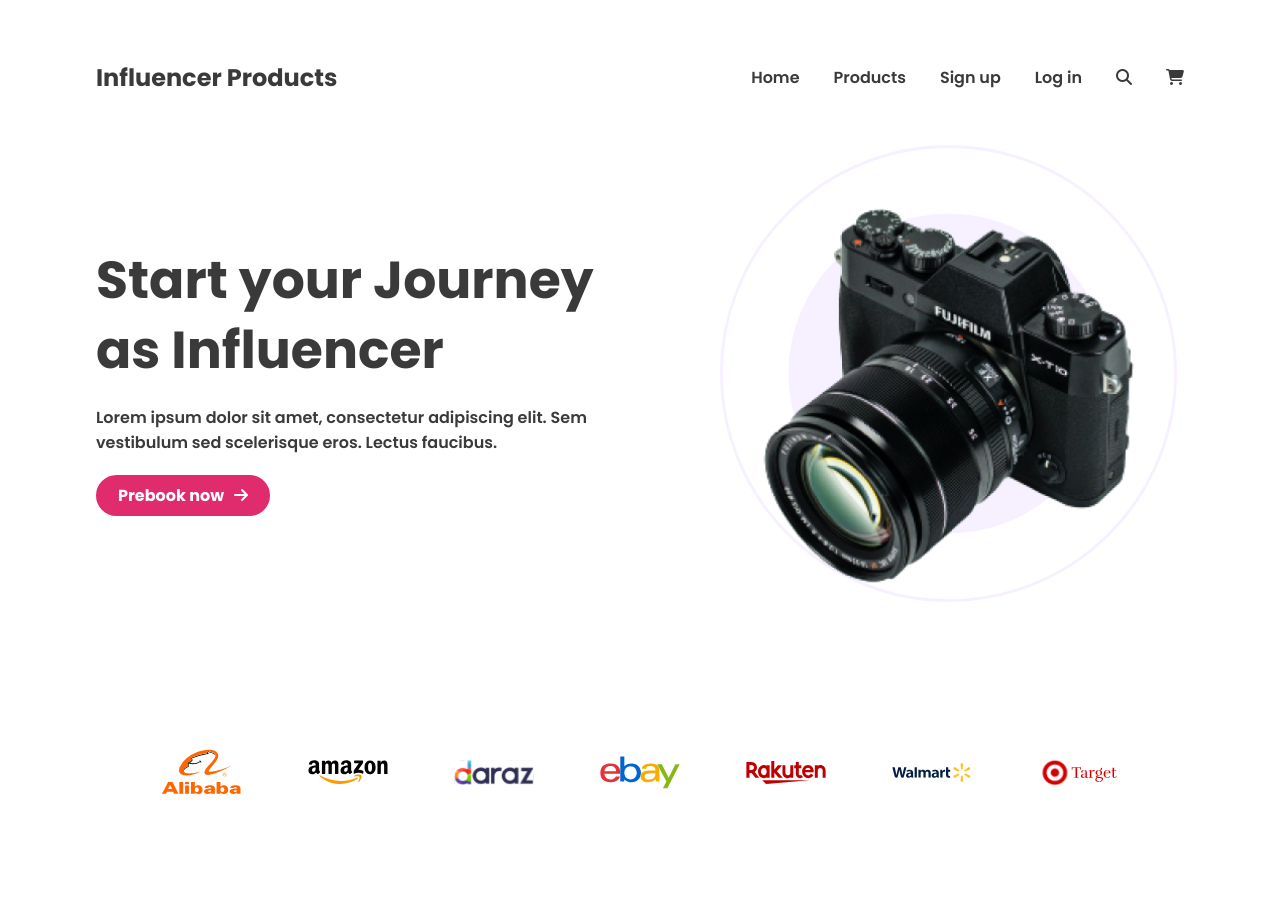
Repository: ShouravAhammed/Influencer-Gear-webpage
Page: index.html
The author's editor kept a copy of each file at every save. The page is drawn from the files as they stood at one save, then again after the next save.
The browser window is 1280 px wide. The pictures show the whole page.
The pointer rests on the first visible `.company-img img`.
Some web libraries are served in a nearby version.

Above is the page before, as saved 2024-01-15 02:00:05.

### index.html
<!DOCTYPE html>
<html lang="en">
<head>
    <meta charset="UTF-8">
    <meta name="viewport" content="width=device-width, initial-scale=1.0">
    <!-- title -->
    <title>Influencer Gear</title>
    <!-- linked css -->
    <link rel="stylesheet" href="Style/style.css">
    <!-- fonts icon linked  -->
    <script src="https://kit.fontawesome.com/0d98d502eb.js" crossorigin="anonymous"></script>
</head>
<body>
    <!-- header part start-->
    <header class="header">
        <div class="container">
            <div class="navigation">
                <h3 class="nav-icon">Influencer Products</h3>
                <ul class="nav">
                    <li><a href="">Home</a></li>
                    <li><a href="">Products</a></li>
                    <li><a href="">Sign up</a></li>
                    <li><a href="">Log in</a></li>
                    <li><a href=""><i class="fa-solid fa-magnifying-glass"></i></a></li>
                    <li><a href=""><i class="fa-solid fa-cart-shopping"></i></a></li>
                </ul>
            </div>

            <!-- banner section part  -->
            <section id="banner">
                <div class="banner-content">
                    <h3 class="banner-title">Start your Journey as Influencer</h3>
                    <p class="banner-description">Lorem ipsum dolor sit amet, consectetur adipiscing elit. Sem vestibulum sed scelerisque eros. Lectus faucibus.</p>
                    <button class="primary-btn">Prebook now<i class="fa-solid fa-arrow-right right-arrow"></i></button>
                </div>
                <div class="banner-img">
                        <img src="images/main-camera.png" alt="camera-img">
                </div>
            </section>
            <!-- company section part -->
            <section id="company">
                <div class="company-img">
                    <img src="logos/Alibaba.svg" alt="company-img">
                    <img src="logos/Amazon.svg" alt="company-img">
                    <img src="logos/Daraz.pk Logo.svg" alt="company-img">
                    <img src="logos/Ebay.svg" alt="company-img">
                    <img src="logos/Rakuten.svg" alt="company-img">
                    <img src="logos/Walmart.svg" alt="company-img">
                    <img src="logos/Target.svg" alt="company-img">
                </div>
            </section>
        </div>
    </header>
    <!-- header part end -->
    <!-- main part start -->
    <main>

    </main>
    <!-- main part end -->
    <!-- footer part start-->
    <footer>

    </footer>
    <!-- footer part end -->
</body>
</html>

### Style/style.css
/*  Import fonts from google fonts */
@import url('https://fonts.googleapis.com/css2?family=Inter:wght@400;700&family=Manrope:wght@700&family=Poppins:ital,wght@0,300;0,400;0,500;0,600;0,700;0,800;0,900;1,200;1,300;1,400;1,500;1,600;1,700;1,800;1,900&family=Roboto:wght@700&display=swap');

/* all body measuring manually */
*{
    margin: 0;
    padding: 0;
    outline: 0;
    box-sizing: border-box;
}
body{
    font-family: 'Inter', sans-serif;
    font-family: 'Manrope', sans-serif;
    font-family: 'Poppins', sans-serif;
    font-family: 'Roboto', sans-serif;
}

/* root color and fonts */
:root{
    --primary-color:#E02C6D;
    --color: #3A3A3A;
    --card-title-color: #18191F;
    --card-price-Color: rgba(0, 0, 0, 0.87);
    --card-description-color: #787885;
}
/* container */
.container{
    width: 85%;
    margin: 0 auto;
}
/* primary button */
.primary-btn{
    color: #FFF;
    background-color: var(--primary-color);
    font-family: Poppins;
    font-size: 1rem;
    font-weight: 700;
    padding: 6px 20px;
    border: 2px solid var(--primary-color);
    border-radius: 41px;
    margin-top: 20px;
}
.right-arrow{
    padding-left: 10px;
}
/* header part css style */
.header{
    margin: 60px 0 100px 0;
}
/* navigation part css style */
.navigation{
    display: flex;
    justify-content: space-between;
    align-items: center;
    margin-bottom: 50px;
}
.nav-icon{
    color: var(--color);
    font-feature-settings: 'clig' off, 'liga' off;
    font-family: Poppins;
    font-size: 1.5rem;
    font-weight: 700;
}
.navigation > .nav{
    display: flex;
    gap: 34px;
}
.nav li{
    list-style: none;
}
.nav li a{
    color: #3A3A3A;
    font-feature-settings: 'clig' off, 'liga' off;
    font-family: Poppins;
    font-size: 1rem;
    font-weight: 600;
    text-decoration: none;
}
/* banner section css style */

#banner{
    display: flex;
    gap: 80px;
}
.banner-content{
    margin-top: 100px;
    width: 50%;
}
.banner-title{
    color: var(--color);
    font-family: Poppins;
    font-size: 52px;
    font-weight: 700;
    line-height: 70px;
    padding-bottom: 20px;
}
.banner-description{
    color: var(--color);
    font-family: Poppins;
    font-size: 1rem;
    font-weight: 600;
}
.banner-img{
    background-image: url(../images/Circle\ design.svg);
    height: 600px;
    width: 42%;
    background-position: top right;
    background-repeat: no-repeat;
    background-size: contain;
}
.banner-img img {
    position: relative;
    width: 444px;
    left: 13px;
    top: 40px;
}
/* company section css style */
.company-img{
    display: flex;
    justify-content: space-evenly;
    align-items: center;
}
.company-img img{
    width: 80px;
    height: 55px;
}















@media only screen and (max-width: 576px){

    .navigation{
        flex-direction: column;
    }
    #banner{
        flex-direction: column-reverse;
        gap: 20px;
    }
    .banner-content{
        width: 100%;
        text-align: center;
        margin-top: 0;
    }
    .banner-title{
        font-size: 2rem;
        line-height: normal;
    }
    .banner-img {
        height: 100%;
        width: 100%;
        background-position: center;
    }
    .banner-img img {
        width: 100%;
        left: 13px;
        top: 5px;
    }
}

After the next save:
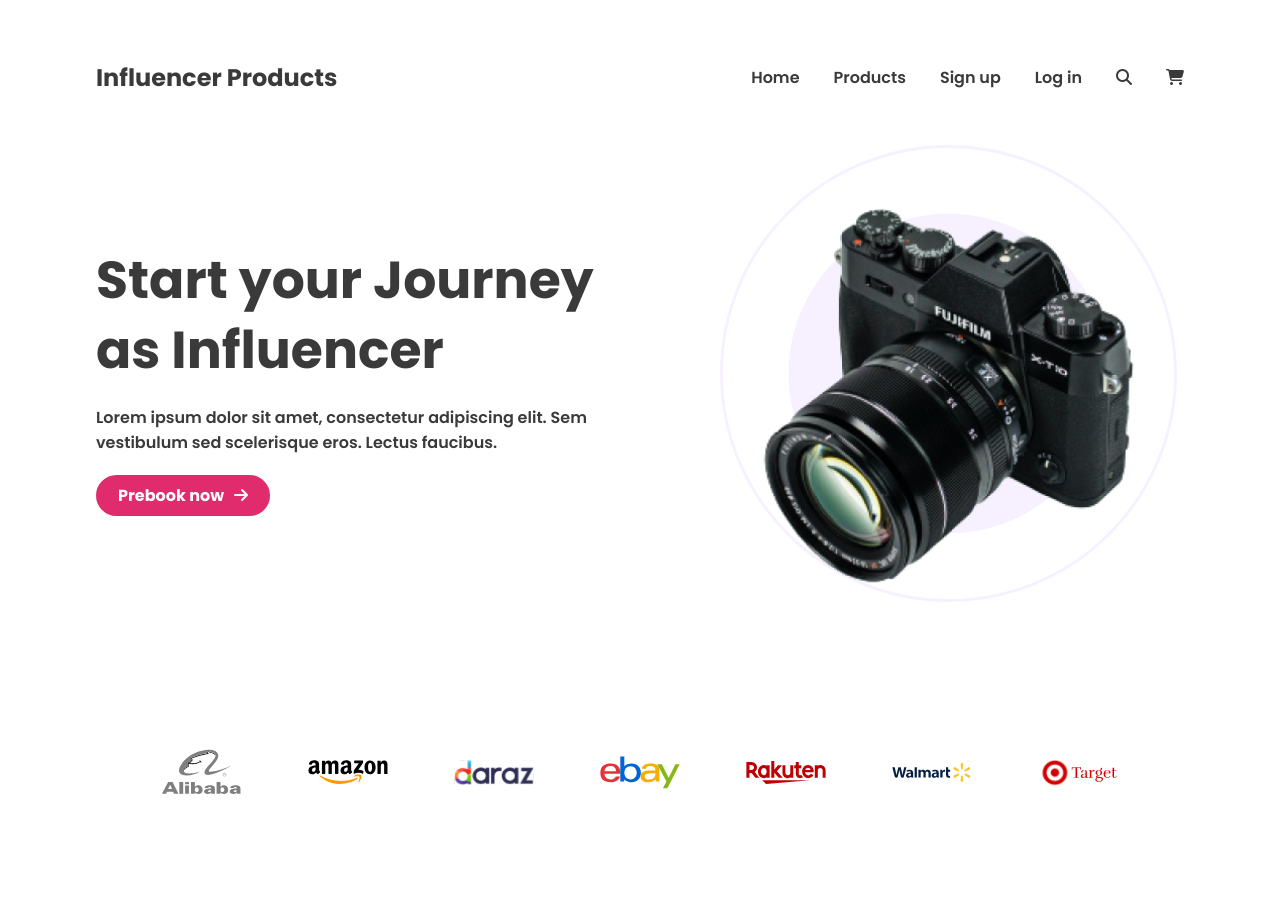
Saved 2 min 7 s later.
--- a/Style/style.css
+++ b/Style/style.css
@@ -124,6 +124,10 @@
     width: 80px;
     height: 55px;
 }
+.company-img img:hover{
+    filter: grayscale(1);
+    width: calc(1.2);
+}
 
 
 
